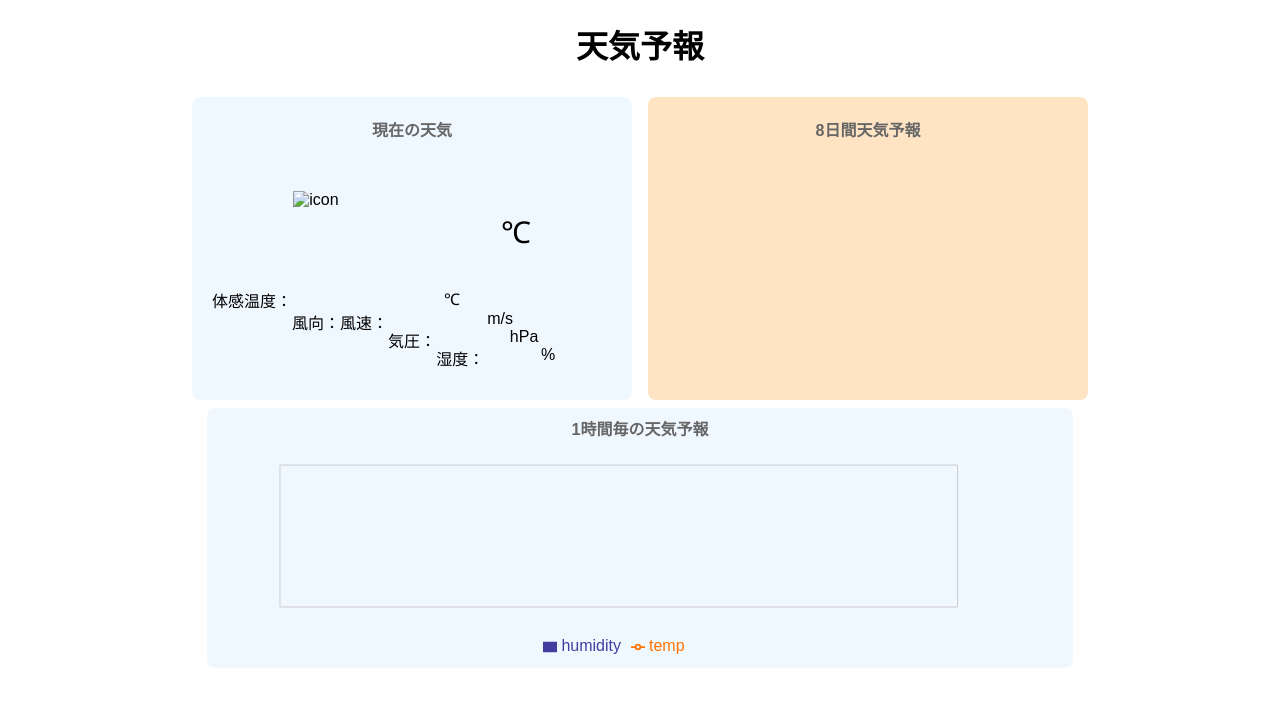
Repository: IshigureTomoki/weather-app
Page: /
These files come from the project's save history. The page is drawn as it stood at one moment and after the next save; the edit follows.
The browser window is 1280 px wide. The pictures show the whole page.
The page's requests for data from a server got no answer. The project was rebuilt for these pictures with package versions that can differ from the ones it lists, and the page was loaded fresh each time. No one was signed in, and anything a server would have sent is missing.

Above is the page before, as saved 2022-02-25 15:09:19.

After the next save:
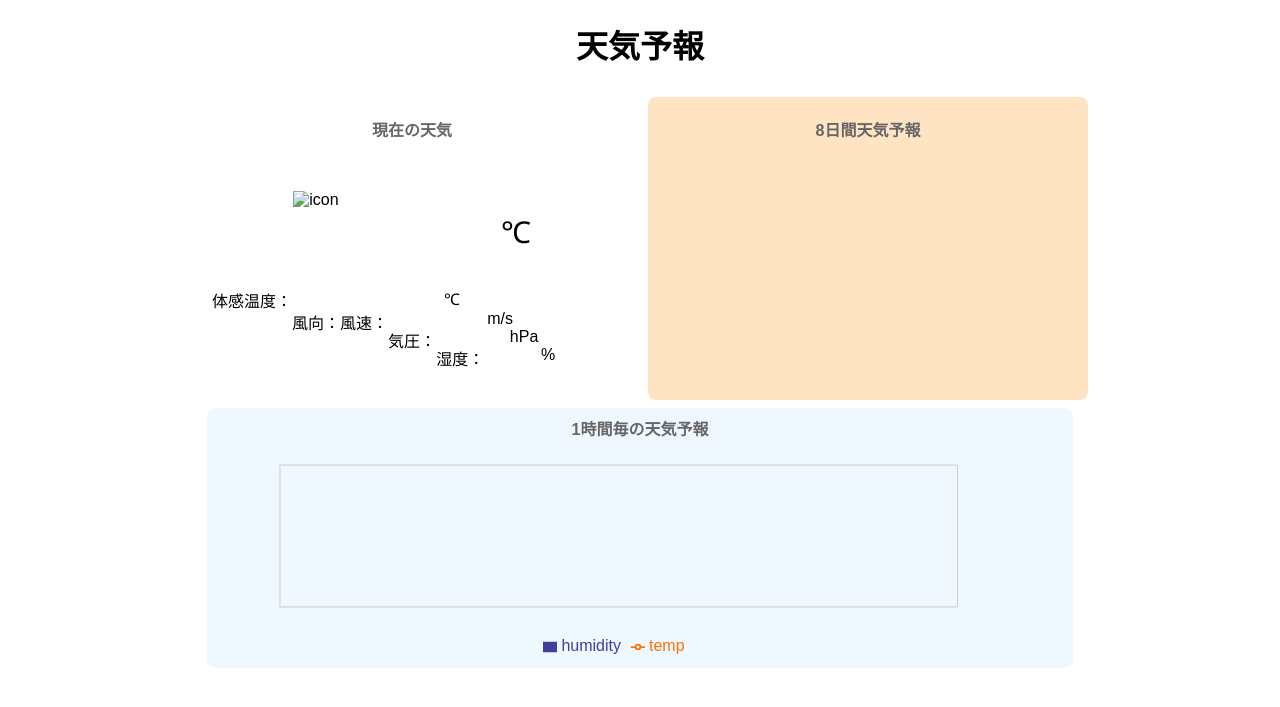
Saved 103 s later.
--- a/src/App.css
+++ b/src/App.css
@@ -12,7 +12,7 @@ body {
 }
 .now-area {
   text-align: center;
-  background-color: aliceblue;
+  /* background-color: aliceblue; */
   width: 400px;
   padding: 20px;
   margin: 8px;
